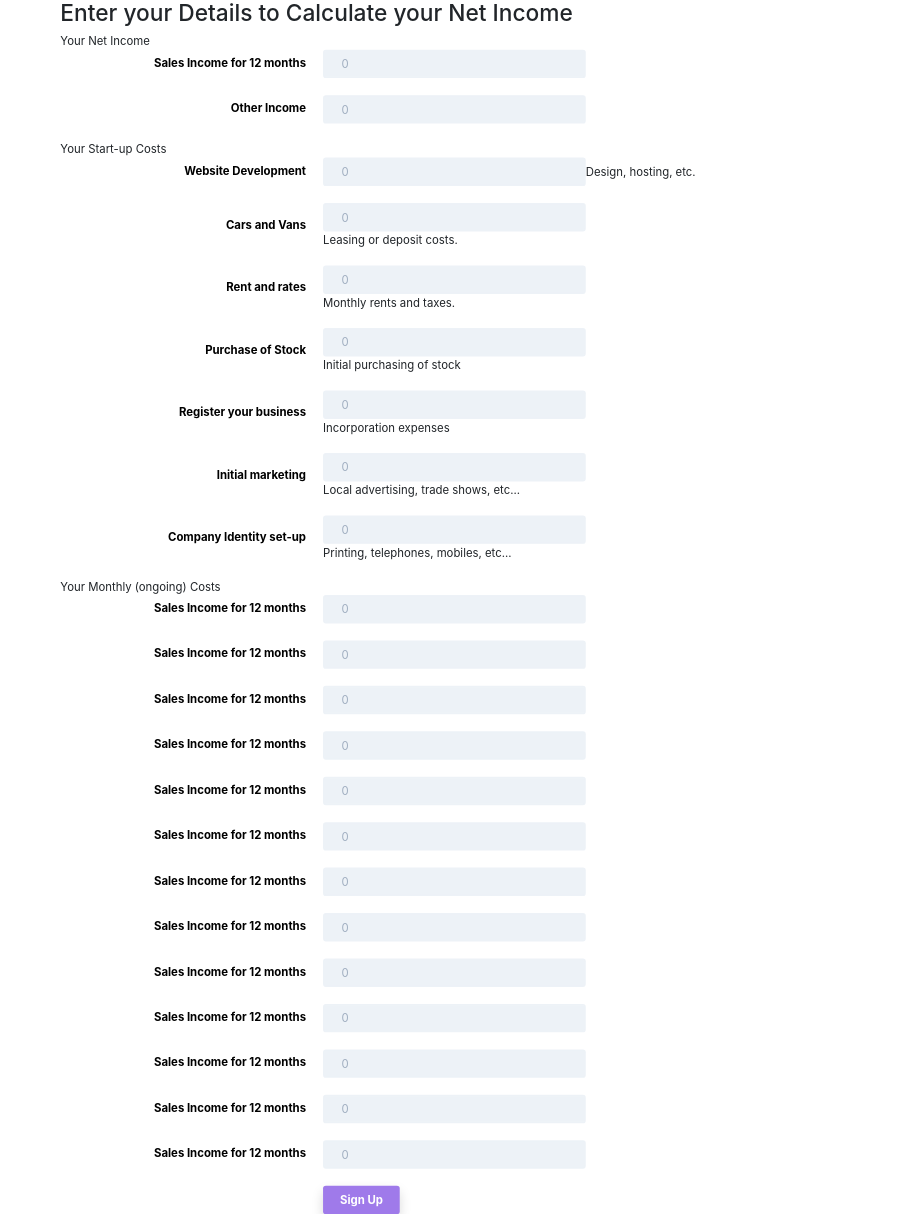
Repository: latenightsnacc/Financial-Forecast
Page: financial-forecast.html
An editor plug-in stored every save of this project. The page is shown before and after the next save, followed by the edit.
The browser window is 1280 px wide. The pictures show the whole page, at 71% of full size.

Above is the page before, as saved 2020-11-15 13:26:09.

After the next save:
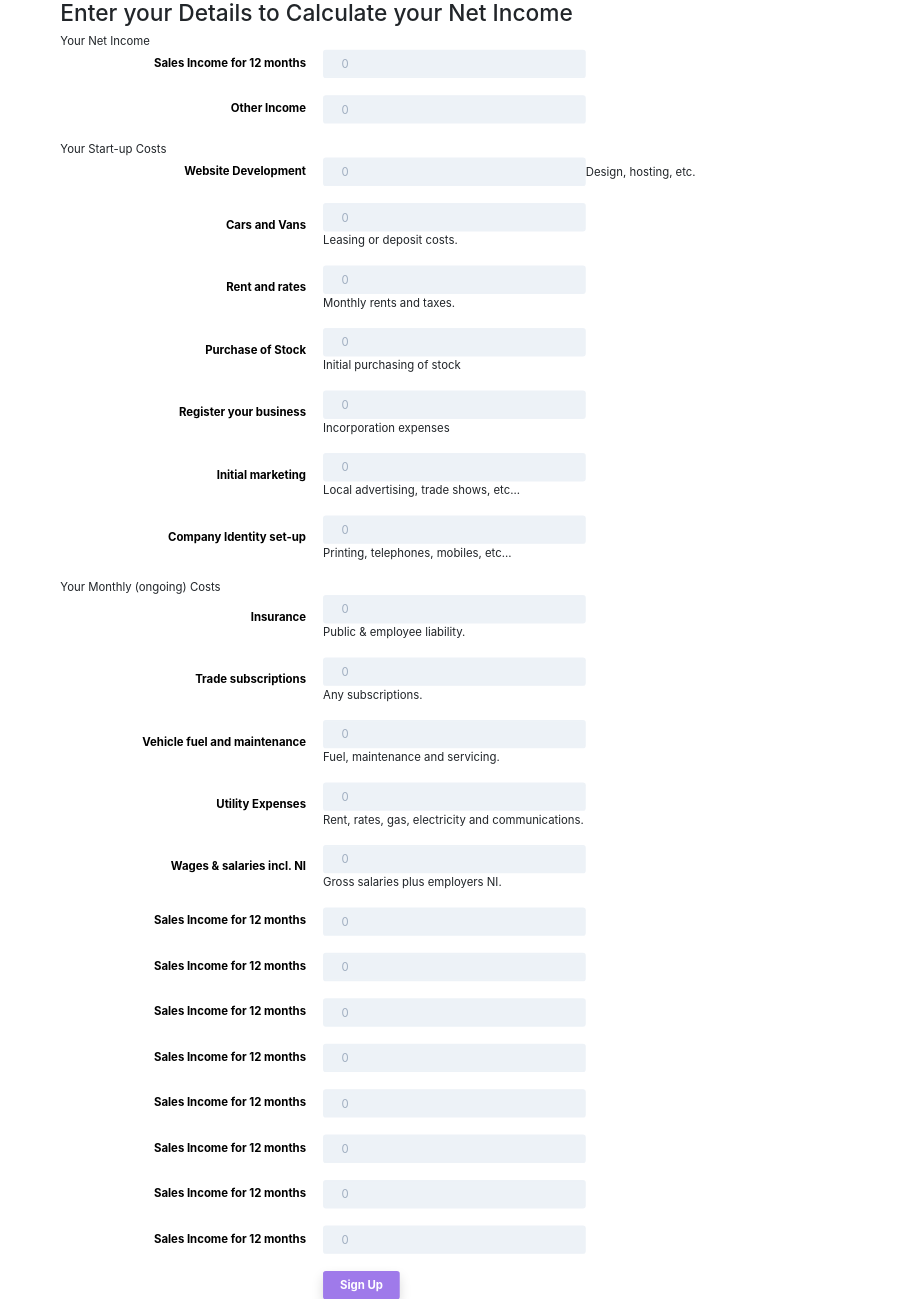
Saved 21 min 12 s later.
--- a/financial-forecast.html
+++ b/financial-forecast.html
@@ -142,57 +142,62 @@
                 <div class="md:flex md:items-center mb-6">
                     <div class="md:w-1/3">
                         <label class="block text-black font-bold md:text-right mb-1 md:mb-0 pr-4" for="inline-full-name" placeholder="0">
-                            Sales Income for 12 months
-                        </label>
-                    </div>
-                    <div class="md:w-1/3">
-                        <input class="bg-gray-200 appearance-none border-2 border-gray-200 rounded w-full py-2 px-4 text-gray-700 leading-tight focus:outline-none focus:bg-white focus:border-grey-500" id="inline-full-name" type="text" placeholder="0">
-                    </div>
-                </div>
-                <!--Website Development-->
-                <div class="md:flex md:items-center mb-6">
-                    <div class="md:w-1/3">
-                        <label class="block text-black font-bold md:text-right mb-1 md:mb-0 pr-4" for="inline-full-name" placeholder="0">
-                            Sales Income for 12 months
-                        </label>
-                    </div>
-                    <div class="md:w-1/3">
-                        <input class="bg-gray-200 appearance-none border-2 border-gray-200 rounded w-full py-2 px-4 text-gray-700 leading-tight focus:outline-none focus:bg-white focus:border-grey-500" id="inline-full-name" type="text" placeholder="0">
-                    </div>
-                </div>
-                <!--Website Development-->
-                <div class="md:flex md:items-center mb-6">
-                    <div class="md:w-1/3">
-                        <label class="block text-black font-bold md:text-right mb-1 md:mb-0 pr-4" for="inline-full-name" placeholder="0">
-                            Sales Income for 12 months
-                        </label>
-                    </div>
-                    <div class="md:w-1/3">
-                        <input class="bg-gray-200 appearance-none border-2 border-gray-200 rounded w-full py-2 px-4 text-gray-700 leading-tight focus:outline-none focus:bg-white focus:border-grey-500" id="inline-full-name" type="text" placeholder="0">
-                    </div>
-
-                </div>
-                <!--Website Development-->
-                <div class="md:flex md:items-center mb-6">
-                    <div class="md:w-1/3">
-                        <label class="block text-black font-bold md:text-right mb-1 md:mb-0 pr-4" for="inline-full-name" placeholder="0">
-                            Sales Income for 12 months
-                        </label>
-                    </div>
-                    <div class="md:w-1/3">
-                        <input class="bg-gray-200 appearance-none border-2 border-gray-200 rounded w-full py-2 px-4 text-gray-700 leading-tight focus:outline-none focus:bg-white focus:border-grey-500" id="inline-full-name" type="text" placeholder="0">
-                    </div>
-
-                </div>
-                <!--Website Development-->
-                <div class="md:flex md:items-center mb-6">
-                    <div class="md:w-1/3">
-                        <label class="block text-black font-bold md:text-right mb-1 md:mb-0 pr-4" for="inline-full-name" placeholder="0">
-                            Sales Income for 12 months
-                        </label>
-                    </div>
-                    <div class="md:w-1/3">
-                        <input class="bg-gray-200 appearance-none border-2 border-gray-200 rounded w-full py-2 px-4 text-gray-700 leading-tight focus:outline-none focus:bg-white focus:border-grey-500" id="inline-full-name" type="text" placeholder="0">
+                            Insurance
+                        </label>
+                    </div>
+                    <div class="md:w-1/3">
+                        <input class="bg-gray-200 appearance-none border-2 border-gray-200 rounded w-full py-2 px-4 text-gray-700 leading-tight focus:outline-none focus:bg-white focus:border-grey-500" id="inline-full-name" type="text" placeholder="0">
+                        <span class="eg">Public & employee liability.</span>
+                    </div>
+                </div>
+                <!--Website Development-->
+                <div class="md:flex md:items-center mb-6">
+                    <div class="md:w-1/3">
+                        <label class="block text-black font-bold md:text-right mb-1 md:mb-0 pr-4" for="inline-full-name" placeholder="0">
+                            Trade subscriptions
+                        </label>
+                    </div>
+                    <div class="md:w-1/3">
+                        <input class="bg-gray-200 appearance-none border-2 border-gray-200 rounded w-full py-2 px-4 text-gray-700 leading-tight focus:outline-none focus:bg-white focus:border-grey-500" id="inline-full-name" type="text" placeholder="0">
+                        <span class="eg">Any subscriptions.</span>
+                    </div>
+                </div>
+                <!--Website Development-->
+                <div class="md:flex md:items-center mb-6">
+                    <div class="md:w-1/3">
+                        <label class="block text-black font-bold md:text-right mb-1 md:mb-0 pr-4" for="inline-full-name" placeholder="0">
+                            Vehicle fuel and maintenance
+                        </label>
+                    </div>
+                    <div class="md:w-1/3">
+                        <input class="bg-gray-200 appearance-none border-2 border-gray-200 rounded w-full py-2 px-4 text-gray-700 leading-tight focus:outline-none focus:bg-white focus:border-grey-500" id="inline-full-name" type="text" placeholder="0">
+                        <span class="eg">Fuel, maintenance and servicing.</span>
+                    </div>
+
+                </div>
+                <!--Website Development-->
+                <div class="md:flex md:items-center mb-6">
+                    <div class="md:w-1/3">
+                        <label class="block text-black font-bold md:text-right mb-1 md:mb-0 pr-4" for="inline-full-name" placeholder="0">
+                            Utility Expenses
+                        </label>
+                    </div>
+                    <div class="md:w-1/3">
+                        <input class="bg-gray-200 appearance-none border-2 border-gray-200 rounded w-full py-2 px-4 text-gray-700 leading-tight focus:outline-none focus:bg-white focus:border-grey-500" id="inline-full-name" type="text" placeholder="0">
+                        <span class="eg">Rent, rates, gas, electricity and communications.</span>
+                    </div>
+
+                </div>
+                <!--Website Development-->
+                <div class="md:flex md:items-center mb-6">
+                    <div class="md:w-1/3">
+                        <label class="block text-black font-bold md:text-right mb-1 md:mb-0 pr-4" for="inline-full-name" placeholder="0">
+                            Wages & salaries incl. NI
+                        </label>
+                    </div>
+                    <div class="md:w-1/3">
+                        <input class="bg-gray-200 appearance-none border-2 border-gray-200 rounded w-full py-2 px-4 text-gray-700 leading-tight focus:outline-none focus:bg-white focus:border-grey-500" id="inline-full-name" type="text" placeholder="0">
+                        <span class="eg">Gross salaries plus employers NI.</span>
                     </div>
 
                 </div>
